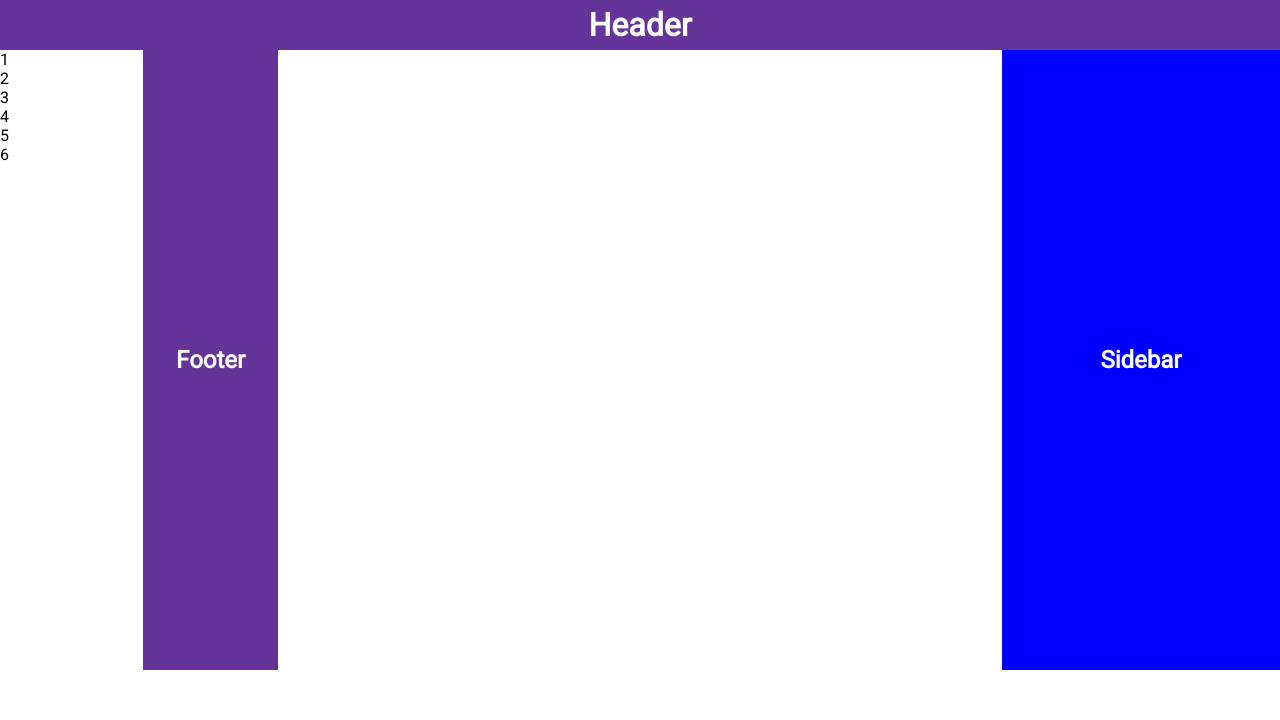
Repository: JavaProgrammerFromEastEurope/project-css-full-tutorial
Page: 15_lesson/index.html
An editor plug-in stored every save of this project. The page is shown before and after the next save, followed by the edit.
The browser window is 1280 px wide. The pictures show the whole page.

Above is the page before, as saved 2023-04-07 11:48:33.

### 15_lesson/index.html
<!DOCTYPE html>
<html lang="en">
  <head>
    <meta charset="UTF-8" />
    <meta http-equiv="X-UA-Compatible" content="IE=edge" />
    <meta name="viewport" content="width=device-width, initial-scale=1.0" />
    <title>CSS Grid</title>
    <link rel="stylesheet" href="css/style.css" />
  </head>

  <body>
    <header class="header el"><h1>Header</h1></header>
    <main class="container">
      <div class="box">1</div>
      <div class="box">2</div>
      <div class="box">3</div>
      <div class="box">4</div>
      <div class="box">5</div>
      <div class="box">6</div>
    </main>
    <aside class="sidebar el"><h2>Sidebar</h2></aside>
    <footer class="footer el"><h2>Footer</h2></footer>
  </body>
</html>

### 15_lesson/css/style.css
@import url('https://fonts.googleapis.com/css2?family=Roboto&display=swap');

* {
  margin: 0;
  padding: 0;
  box-sizing: border-box;
}

body {
  font-family: 'Roboto', sans-serif;
  min-height: 100vh;

  display: grid;
  grid-template-columns: repeat(9, 1fr);
  grid-auto-rows: 50px auto 50px;
  grid-template-areas:
    'hd hd hd hd hd hd hd hd hd'
    'mn mn mn mn mn mn mn sb sb'
    'ft ft ft ft ft ft ft ft ft';
  column-gap: 0.5rem;
}

.el {
  background-color: rebeccapurple;
  color: #fff;
  display: grid;
  place-content: center;
}

.header {
  grid-area: hd;
}

.sidebar {
  grid-area: sb;
  background-color: #00f;
}

After the next save:
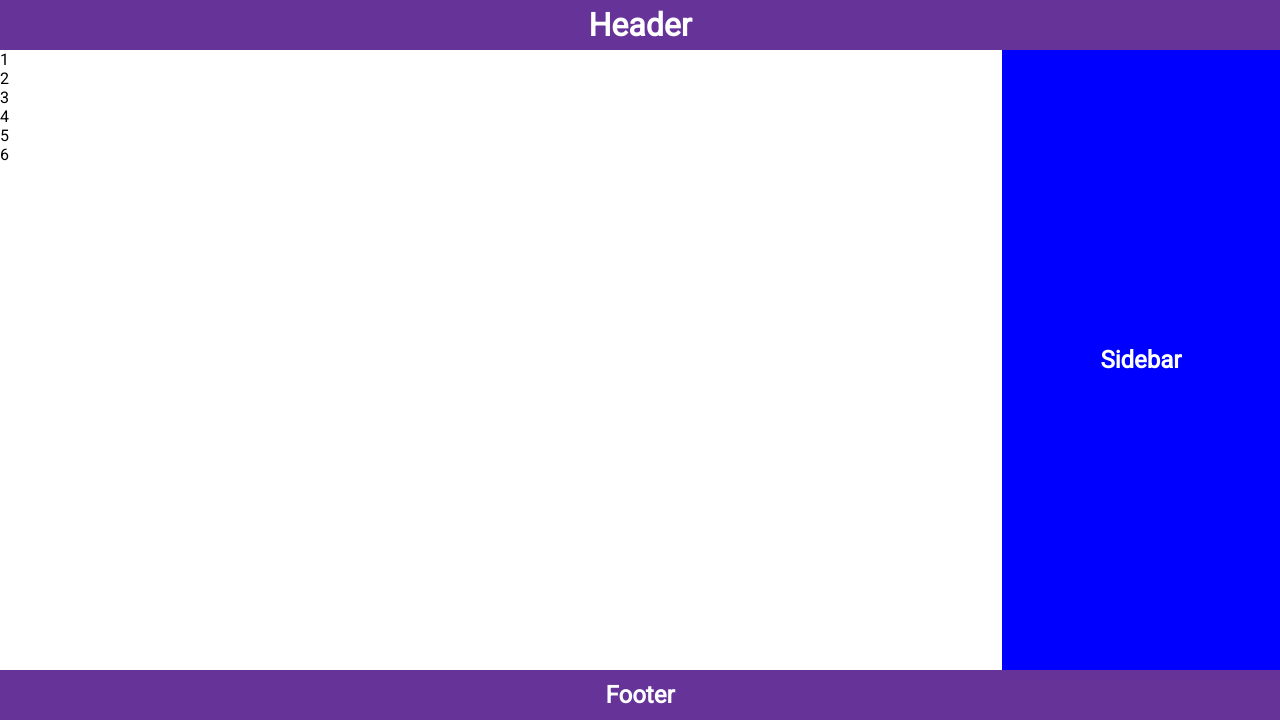
Saved 9 s later.
--- a/15_lesson/css/style.css
+++ b/15_lesson/css/style.css
@@ -35,3 +35,7 @@ body {
   grid-area: sb;
   background-color: #00f;
 }
+
+.footer {
+	grid-area: ft;
+}
